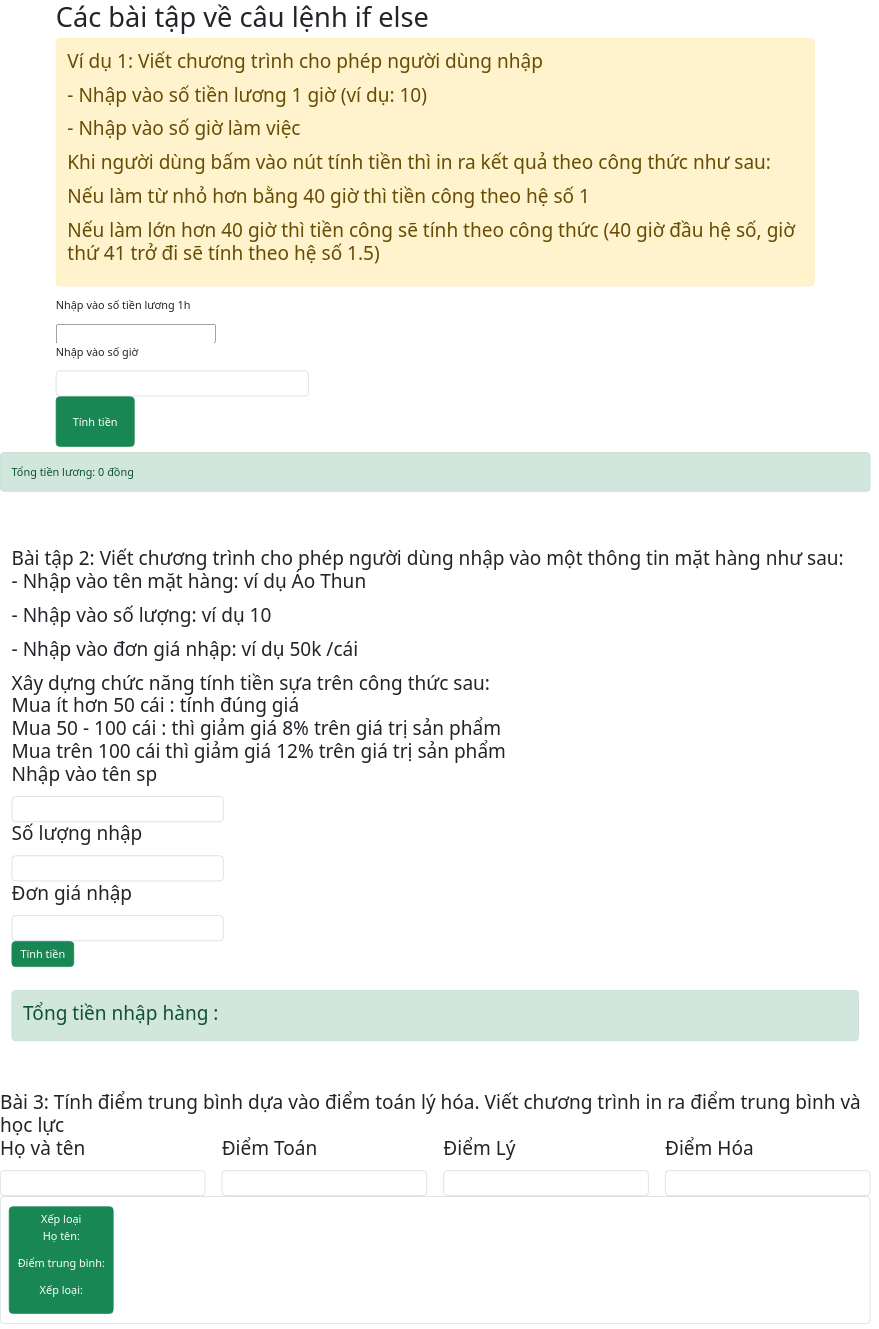
Repository: hcozyph/cyberSoft_JS_fulldocs
Page: JS_4/index.html
These files come from the project's save history. The page is drawn as it stood at one moment and after the next save; the edit follows.
The browser window is 1280 px wide. The page is 1292 px wide, so the pictures cover 1292 px, including what lies to the right of the window. The pictures show the whole page, at 68% of full size.

Above is the page before, as saved 2023-02-05 09:08:36.

After the next save:
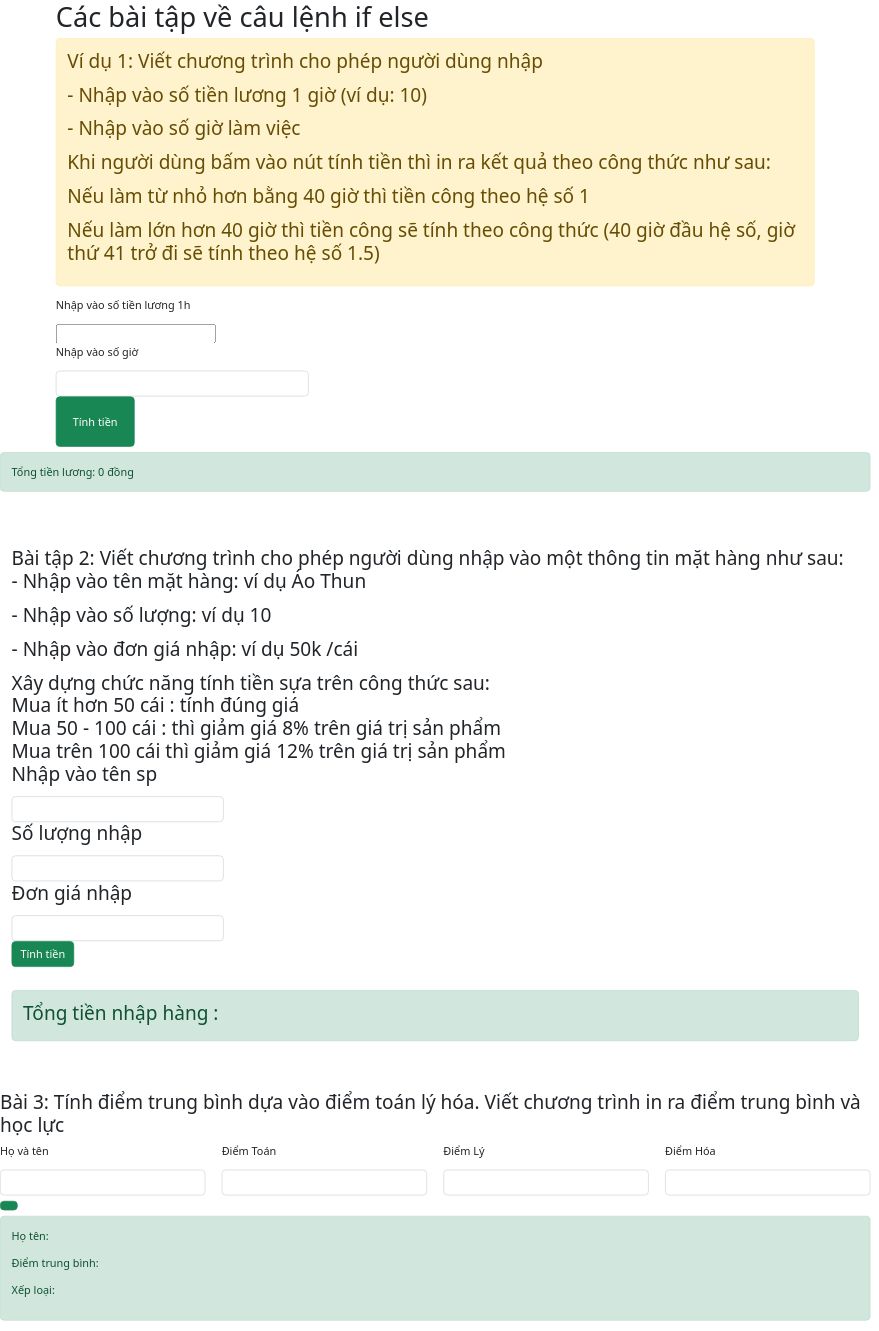
Saved 23 s later.
--- a/JS_4/index.html
+++ b/JS_4/index.html
@@ -147,40 +147,41 @@
         <h3>
             Bài 3: Tính điểm trung bình dựa vào điểm toán lý hóa. Viết chương
             trình in ra điểm trung bình và học lực
-
-            <div class="form-group row">
-                <div class="col-3">
-                    <p>Họ và tên</p>
-                    <input type="text" class="form-control" id="hoVaTen" />
-                </div>
-
-                <div class="col-3">
-                    <p>Điểm Toán</p>
-                    <input type="text" class="form-control" id="diemToan" />
-                </div>
-
-                <div class="col-3">
-                    <p>Điểm Lý</p>
-                    <input type="text" class="form-control" id="diemLy" />
-                </div>
-
-                <div class="col-3">
-                    <p>Điểm Hóa</p>
-                    <input type="text" class="form-control" id="diemHoa" />
-                </div>
-            </div>
-
-            <div class="form-control">
-                <button id="btnXepLoai" class="btn btn-success my-2">Xếp loại
-                <p>Họ tên: <span id="out-put-ho-ten"></span></p>
-
-                <p>
-                    Điểm trung bình: <span id="out-put-diem-trung-binh"></span>
-                </p>
-
-                <p>Xếp loại: <span id="out-put-xep-loai"></span></p>
-            </div>
         </h3>
+
+        <div class="form-group row">
+            <div class="col-3">
+                <p>Họ và tên</p>
+                <input type="text" class="form-control" id="hoVaTen" />
+            </div>
+
+            <div class="col-3">
+                <p>Điểm Toán</p>
+                <input type="text" class="form-control" id="diemToan" />
+            </div>
+
+            <div class="col-3">
+                <p>Điểm Lý</p>
+                <input type="text" class="form-control" id="diemLy" />
+            </div>
+
+            <div class="col-3">
+                <p>Điểm Hóa</p>
+                <input type="text" class="form-control" id="diemHoa" />
+            </div>
+        </div>
+
+        <div class="form-group">
+            <button id="btnXepLoai" class="btn btn-success my-2"></button>
+        </div>
+
+        <div class="alert alert-success">
+            <p>Họ tên: <span id="out-put-ho-ten"></span></p>
+
+            <p>Điểm trung bình: <span id="out-put-diem-trung-binh"></span></p>
+
+            <p>Xếp loại: <span id="out-put-xep-loai"></span></p>
+        </div>
 
         <!-- Bootstrap JavaScript Libraries -->
         <script
